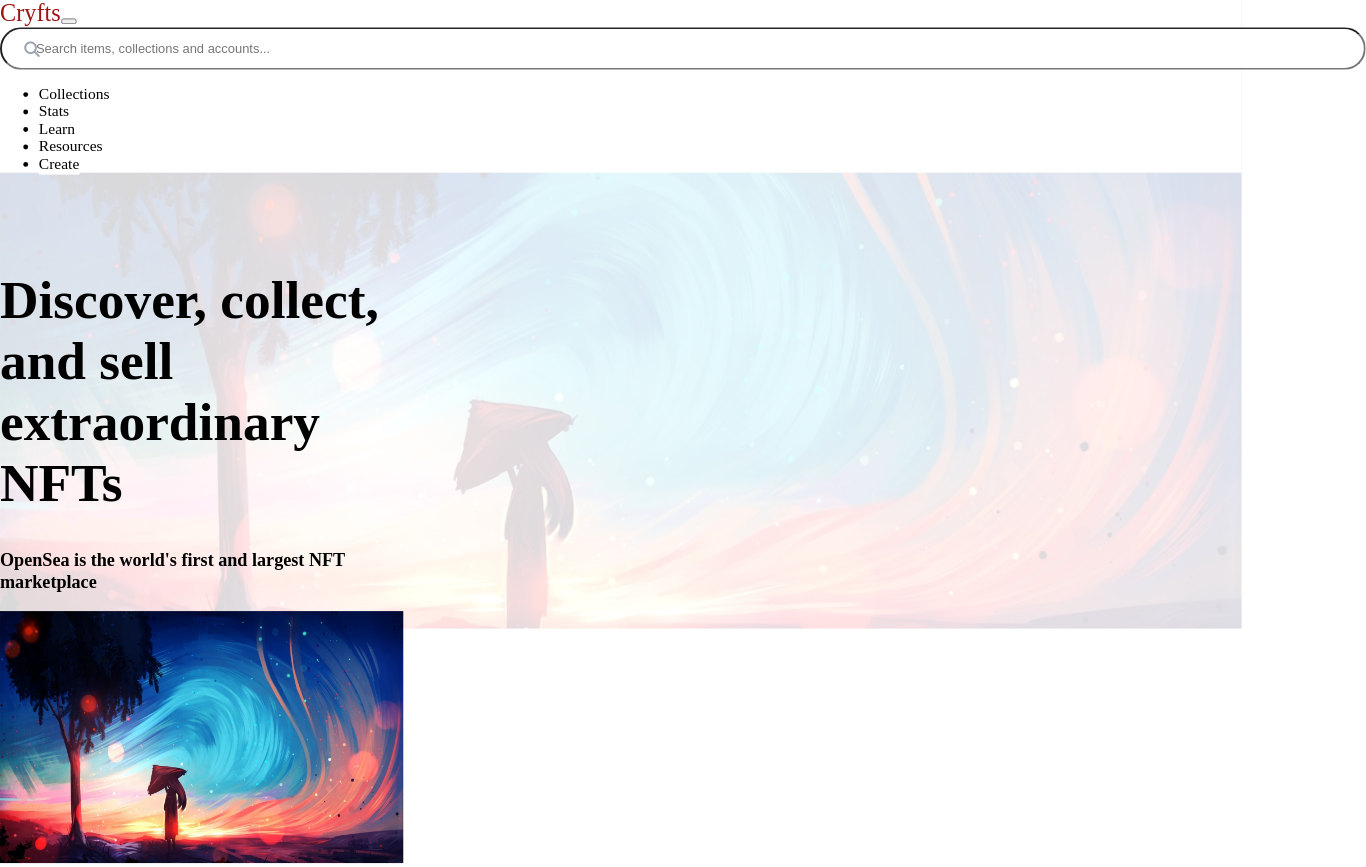
Repository: Huzaifa-2609/opensea_project
Page: /
These files come from the project's save history. The page is drawn as it stood at one moment and after the next save; the edit follows.
The browser window is 1280 px wide. The page is 1408 px wide, so the pictures cover 1408 px, including what lies to the right of the window. The pictures show the whole page, at 97% of full size.
Some web libraries are served in a nearby version. The project was rebuilt for these pictures with package versions that can differ from the ones it lists, and the page was loaded fresh each time. The framework's server and built-in components were replaced by stand-ins that run in the browser. Also part of the build but not shown: next.config.js, styles/Home.module.css.

Above is the page before, as saved 2022-07-09 18:48:16.

### pages/_app.js
import Navbar from '../components/Navbar'
import '../styles/globals.css'
import Head from "next/head"
import Script from 'next/script'
import "../styles/hero.css"
function MyApp({ Component, pageProps }) {
  return(
    <>
    <Script src="https://kit.fontawesome.com/30bda3e318.js" crossorigin="anonymous"></Script>
    <Script src="https://cdn.jsdelivr.net/npm/bootstrap@5.2.0-beta1/dist/js/bootstrap.bundle.min.js" integrity="sha384-pprn3073KE6tl6bjs2QrFaJGz5/SUsLqktiwsUTF55Jfv3qYSDhgCecCxMW52nD2" crossOrigin="anonymous"></Script>
    <Navbar title={"Cryfts"}/>
  <Component {...pageProps} />
  </>
  )
}

export default MyApp

### pages/_document.js
import { Html, Head, Main, NextScript } from 'next/document'

export default function Document() {
  return (
    <Html>
      <Head>
      <link href="https://cdn.jsdelivr.net/npm/bootstrap@5.2.0-beta1/dist/css/bootstrap.min.css" rel="stylesheet" integrity="sha384-0evHe/X+R7YkIZDRvuzKMRqM+OrBnVFBL6DOitfPri4tjfHxaWutUpFmBp4vmVor" crossOrigin="anonymous"/>
      </Head>
      <body>
        <Main />
        <NextScript />
      </body>
    </Html>
  )
}

### pages/index.js
import Head from 'next/head'
import Image from 'next/image'
import Hero from '../components/Hero'
import styles from '../styles/Home.module.css'

export default function Home() {
  return (
    <>
    <div>
      <Head>
        <title>Create Next App</title>
        <meta name="description" content="Generated by create next app" />
        <link rel="icon" href="/favicon.ico" />
      </Head>
         </div>
      <Hero/>
      </>
  )
}

### components/Navbar.js
import React from 'react'
import Link from 'next/link'
import { useRouter } from 'next/router'
const Navbar = (props) => {
  const location=useRouter();
  return (
    <div>
      <nav className="navbar shadow-sm fixed-top navbar-expand-lg navbar-light">
  <div className="container-fluid">
    <a className="navbar-brand text-color fw-bolder ml-2" href="/">{props.title}</a>
    <button className="navbar-toggler" type="button" data-bs-toggle="collapse" data-bs-target="#navbarSupportedContent" aria-controls="navbarSupportedContent" aria-expanded="false" aria-label="Toggle navigation">
      <span className="navbar-toggler-icon"></span>
    </button>

    <div className="collapse navbar-collapse" style={{width:"50%"}} id="navbarSupportedContent">

            <div className="row height d-flex justify-content-center align-items-center">

                <div className="form">
                  <i className="fa fa-search"></i>
                  <input type="text" className="form-control form-input" placeholder="Search items, collections and accounts..."/>
                </div>

            </div>


      <ul className="navbar-nav gap-4 m-auto mb-2 mb-lg-0 fw-bold" style={location.pathname==="/signup"?{visibility:"hidden"}:{}}>
      <li className="nav-item">
          <Link href="/collections/0x7132e1d414161A232c2027aE6C66D7914649bA66"><a className="nav-link " aria-current="page" >Collections</a></Link>
        </li>
        <li className="nav-item">
          <Link href="/"><a className="nav-link" aria-current="page" >Stats</a></Link>
        </li>
        <li className="nav-item">
          <Link href="/"><a className="nav-link " >Learn</a></Link>
        </li>

        <li className="nav-item dropdown">
          <Link href="/"><a className="nav-link dropdown-toggle pe-none"  id="navbarDropdown" role="button" data-bs-toggle="dropdown" aria-expanded="false">
            Resources
          </a></Link>
          <ul className="dropdown-menu" aria-labelledby="navbarDropdown">
            <li><Link href="/"><a className="dropdown-item" >Action</a></Link></li>
            <li><Link href="/"><a className="dropdown-item" >Another action</a></Link></li>
            <li><hr className="dropdown-divider"/></li>
            <li><Link href="/"><a className="dropdown-item" >Something else here</a></Link></li>
          </ul>
        </li>
        <li className="nav-item">
          <Link  href="/"><a className="nav-link">Create</a></Link>
        </li>
      </ul >
      {/* <form className="d-flex" role="search">
        <ul className="navbar-nav gap-3 media" style={location.pathname==="/signup"?{display:"none"}:{}}>
      <li className="nav-item float-right">
          <Link href="/login"><a className="nav-link"  >Sign in</a></Link>
    </li>
      <li className="nav-item mx-2">
    <Link href='/signup'><a className="btn btn1 btn-primary bd-color bg-color"  style={location.pathname==="/signup"?{display:"none"}:{}} type="submit">Get Started</a></Link>
    </li>
        </ul>
      </form> */}
    </div>
  </div>
</nav>
    </div>
  )
}

export default Navbar

### styles/globals.css
:root {
  --light: #9f1313;
  --dark: #8d1212;
}
html,
body {
  padding: 0;
  margin: 0;
  /* font-family: -apple-system, BlinkMacSystemFont, Segoe UI, Roboto, Oxygen,
    Ubuntu, Cantarell, Fira Sans, Droid Sans, Helvetica Neue, sans-serif; */
}

a {
  color: inherit;
  text-decoration: none;
}

* {
  box-sizing: border-box;
}
@media all and (min-width: 992px) {
  .navbar .nav-item .dropdown-menu{ display: none; }
  .navbar .nav-item .nav-link{ border-bottom:3px solid white;  }
  .navbar .nav-item:hover .nav-link{ border-bottom:3px solid var(--light);  }
  .navbar .nav-item:hover .dropdown-menu{ display: block; }
  .navbar .nav-item .dropdown-menu{ margin-top:0; }


}
@media all and (max-width: 992px){
  .pic{display: none;}
  .signup-cls{   margin-top: 15% !important;}
  .signin-cls .card{border:none; box-shadow: none !important;}
  .media{display: none;}
  .empass{flex-direction: column ;}
}

nav {
  /* border-bottom:1px solid #ede4e4; */
  background-color: white;
}
.comp1{
  width: 22rem;
  border: none;

}
.comp{
  margin: 90px 0px;
}
.text-color{
  color: var(--dark);
}
.bg-color{
  background-color: var(--dark);
}
.btn1:hover{
  background-color: var(--light);
  border-color: var(--dark);

}
.bd-color{
  border-color: var(--dark);
}
.navbar-light .navbar-brand{
  color: var(--dark);
}
.navbar-light .navbar-brand:hover{
  color: var(--light);
}
.navbar-brand{
  font-size: 25px;
}
.link-hover :hover{
  color: var(--dark);
}
.form-check-label-color{
  color: var(--dark);
}
.form-outline{
  width: 75%!important;
}
.form-control:focus {
  border-color: #ced4da;
  box-shadow: none!important;
}

/* Navbar search css */
.form{
  position: relative;

}

.form .fa-search{

  position: absolute;
  top:15px;
  left: 25px;
  color: #9ca3af;

}

.form span{

  position: absolute;
  right: 17px;
  top: 13px;
  padding: 2px;
  border-left: 1px solid #d1d5db;

}

.left-pan{
  padding-left: 7px;
}

.left-pan i{

 padding-left: 10px;
}

.form-input{
  width: 220%;
  height: 44px;
  text-indent: 33px;
  border-radius: 40px;
}

.form-input:focus{

  box-shadow: none;
  border:none;
}

### styles/hero.css
/* .body{
} */
/* .bg{
    background: url("../public/nftbg.jpg") no-repeat center center/cover;
} */
.bg::before{
    content: "";
    background:url("../public/nftbg.jpg") no-repeat center center/cover;
    position: absolute;
    height:90%;
    width:100%;
    z-index: -1;
    opacity: 0.15;
    top: 0px;
    left: 0px;
}

### components/Hero.js
import React from "react";
import Image from "next/image";
import img from "../public/nftbg.jpg";

const Hero = () => {
  const style = {
    background: img,
    marginTop: "100px",
    height:"70vh"
  };
  return (
    <>
      <div className="container d-flex justify-content-between bg align-items-center " style={style}>
        <div className="card mb-3 border-0 bg-transparent" style={{ width: "26rem"}}>
          <div className="card-body">
            <h1 className="card-title " style={{fontSize:"55px"}}>Discover, collect, and sell extraordinary NFTs</h1>
            <h3 className="card-subtitle text-muted mt-3 fs-2" >
            OpenSea is the world's first and largest NFT marketplace
            </h3>
          </div>
        </div>
        <div className="card mb-3 border-0 " style={{ width: "26rem"}}>
          <Image src={img} className="card-img-top" alt="..." />
          {/* <div className="card-body">
            <h1 className="card-title">Discover, collect, and sell extraordinary NFTs</h1>
            <h3 className="card-subtitle text-muted mt-3">
            OpenSea is the world's first and largest NFT marketplace
            </h3>
          </div> */}
        </div>
      </div>
    </>
  );
};

export default Hero;

After the next save:
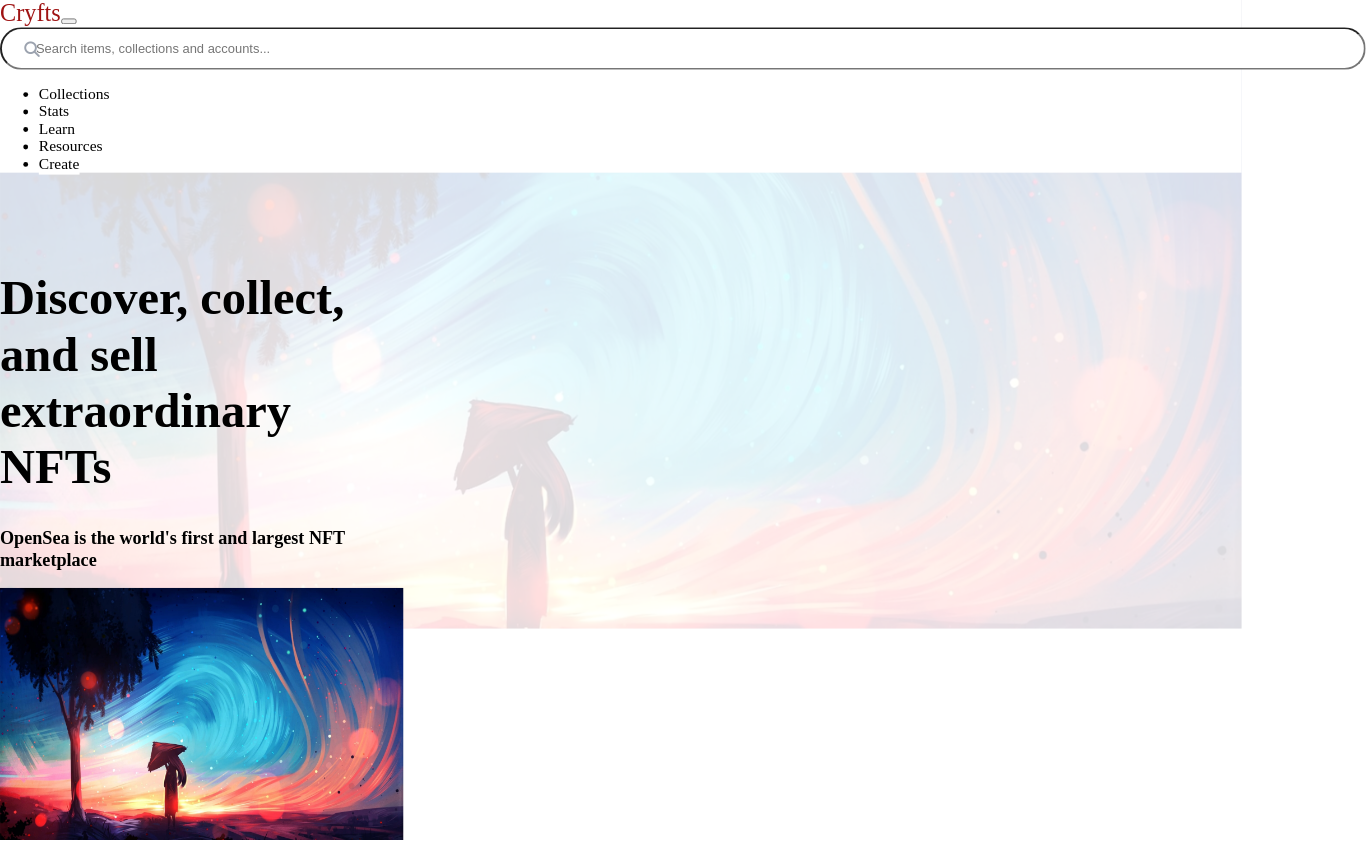
Saved 40 s later.
--- a/components/Hero.js
+++ b/components/Hero.js
@@ -13,7 +13,7 @@ const Hero = () => {
       <div className="container d-flex justify-content-between bg align-items-center " style={style}>
         <div className="card mb-3 border-0 bg-transparent" style={{ width: "26rem"}}>
           <div className="card-body">
-            <h1 className="card-title " style={{fontSize:"55px"}}>Discover, collect, and sell extraordinary NFTs</h1>
+            <h1 className="card-title " style={{fontSize:"50px"}}>Discover, collect, and sell extraordinary NFTs</h1>
             <h3 className="card-subtitle text-muted mt-3 fs-2" >
             OpenSea is the world's first and largest NFT marketplace
             </h3>
